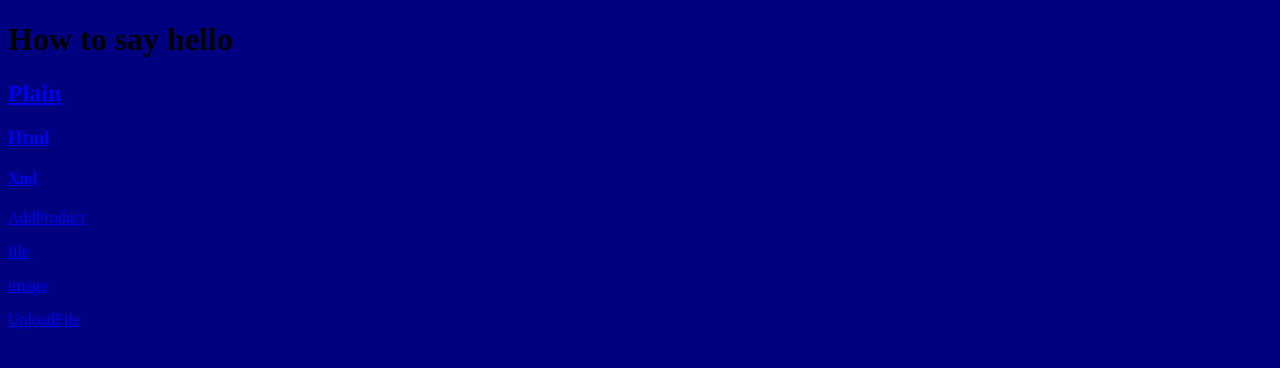
Repository: nishita-khandelwal/Zen-Training
Page: Restfulwebservices/TrivagoHotels/index.html
These files come from the project's save history. The page is drawn as it stood at one moment and after the next save; the edit follows.
The browser window is 1280 px wide. The pictures show the whole page.

Above is the page before, as saved 2019-07-25 22:26:03.

### Restfulwebservices/TrivagoHotels/index.html
<!DOCTYPE html>
<html>
<head>
<meta charset="ISO-8859-1">
<title>Trivago Home</title>
<style type="text/css">
body{
     background-color:navy;
     }

</style>
</head>
<body>
<h1>How to say hello</h1>
<h2><a href="http://localhost:8010/HelloWebService/zenrest/zenhello">Plain</a></h2>
<h3><a href="http://localhost:8010/HelloWebService/zenrest/zenhello/welcome">Html</a></h3>
<h4><a href="http://localhost:8010/HelloWebService/zenrest/zenhello/welcomexml">Xml</a></h4>
<p><a href="AddProduct.html">AddProduct</a></p>
<p><a href="http://localhost:8010/HelloWebService/zenrest/files/txt">file</a>
<p><a href="http://localhost:8010/HelloWebService/zenrest/files/image">image</a>
<p><a href="http://localhost:8010/HelloWebService/zenrest/UploadFile.html">UploadFile</a>
</body>
</html>

After the next save:
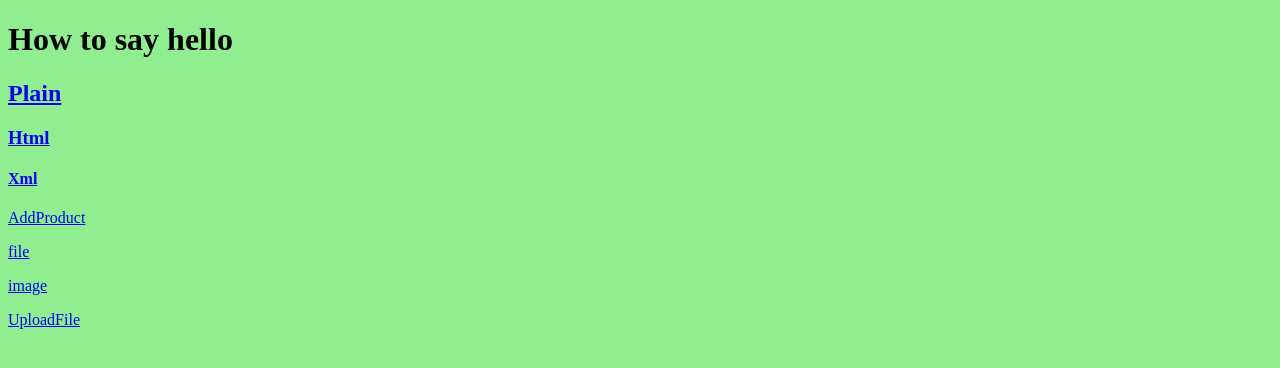
Saved 53 s later.
--- a/Restfulwebservices/TrivagoHotels/index.html
+++ b/Restfulwebservices/TrivagoHotels/index.html
@@ -5,7 +5,7 @@
 <title>Trivago Home</title>
 <style type="text/css">
 body{
-     background-color:navy;
+     background-color:lightgreen;
      }
 
 </style>
